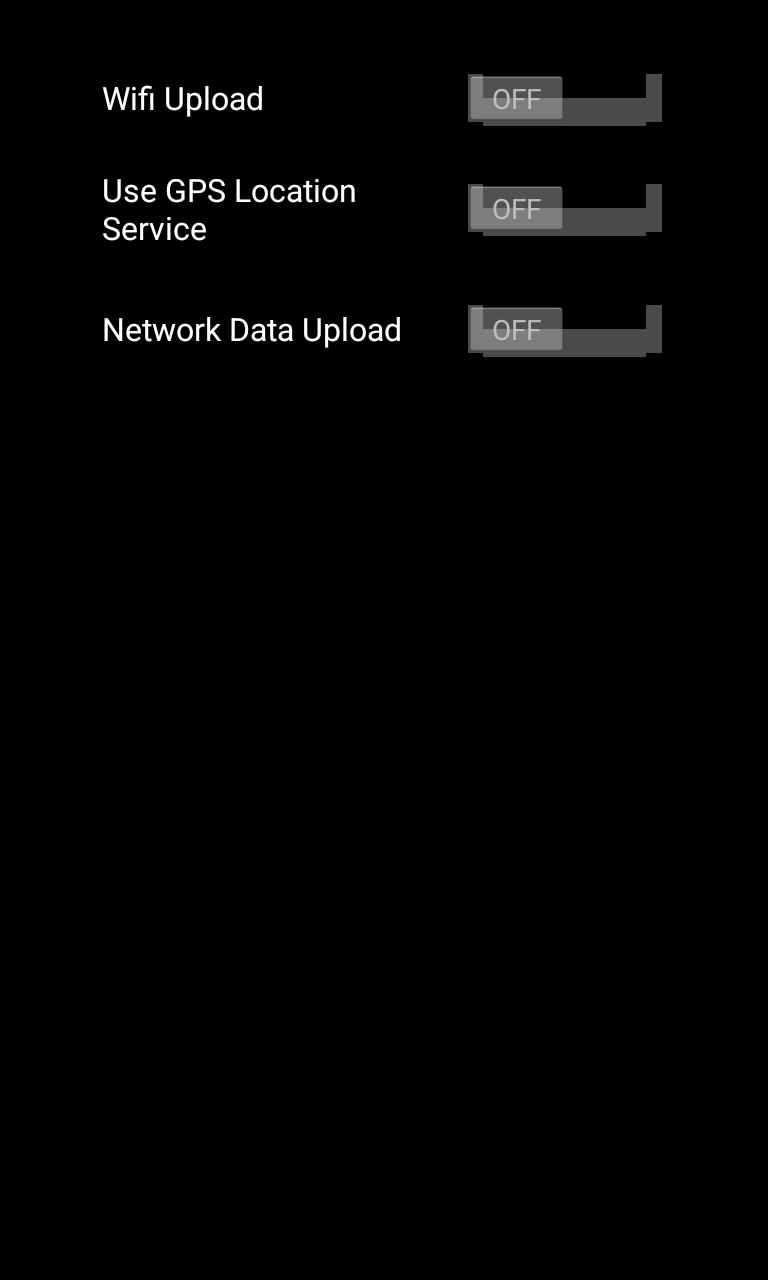
Repository: Jafnee/Android-Walking-Tour
Layout: SRC/Drafts/0.3/fuzzyNinja/PathFinder/res/layout/activity_settings.xml
The author's editor kept a copy of each file at every save. The layout is drawn from the files as they stood at one save, then again after the next save.
It is drawn on a 768 x 1280 px phone screen (xhdpi) without system bars, with theme android:Theme.Holo; the app's code is not run.

Above is the layout before, as saved 2013-12-13 05:10:00.

After the next save:
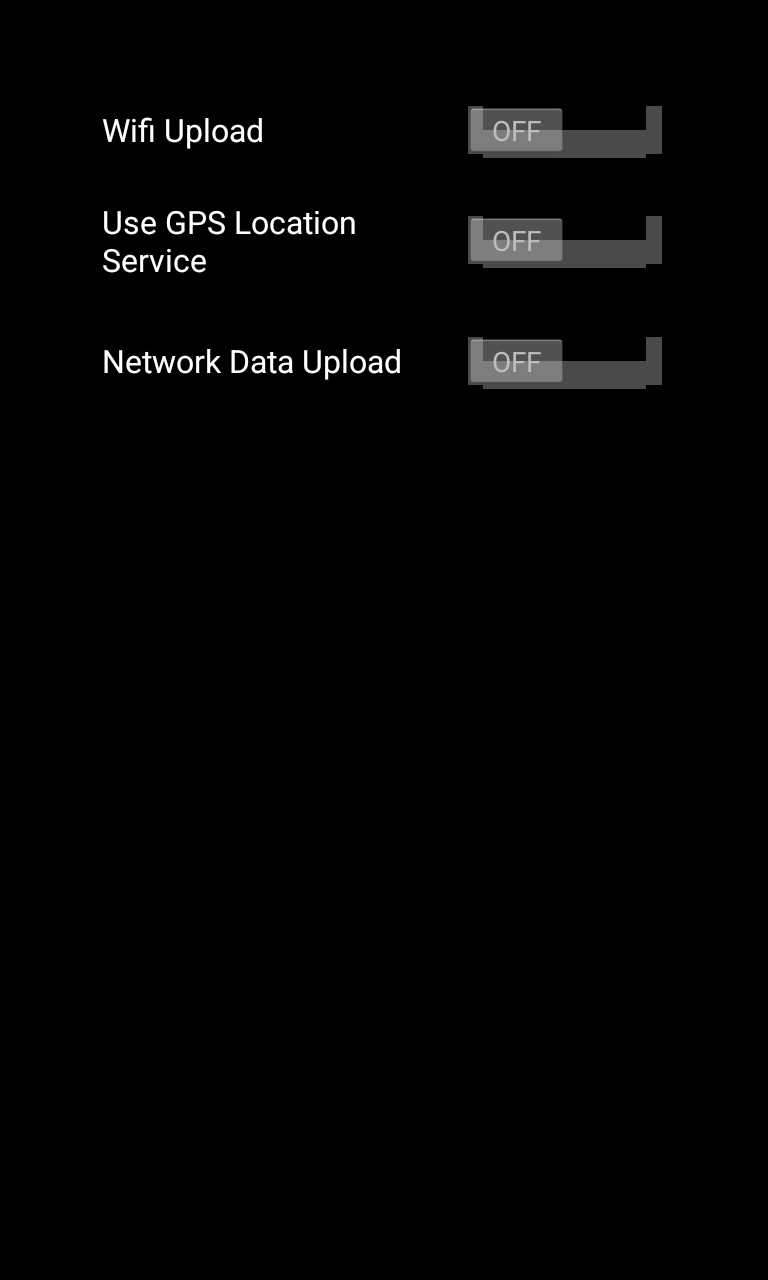
Saved 23 s later.
--- a/SRC/Drafts/0.3/fuzzyNinja/PathFinder/res/layout/activity_settings.xml
+++ b/SRC/Drafts/0.3/fuzzyNinja/PathFinder/res/layout/activity_settings.xml
@@ -1,7 +1,11 @@
 <RelativeLayout xmlns:android="http://schemas.android.com/apk/res/android"
     xmlns:tools="http://schemas.android.com/tools"
     android:layout_width="match_parent"
-    android:layout_height="wrap_content"
+    android:layout_height="match_parent"
+    android:paddingBottom="@dimen/activity_vertical_margin"
+    android:paddingLeft="@dimen/activity_horizontal_margin"
+    android:paddingRight="@dimen/activity_horizontal_margin"
+    android:paddingTop="@dimen/activity_vertical_margin"
     tools:context=".ActivitySettings" >
 
     <Switch
